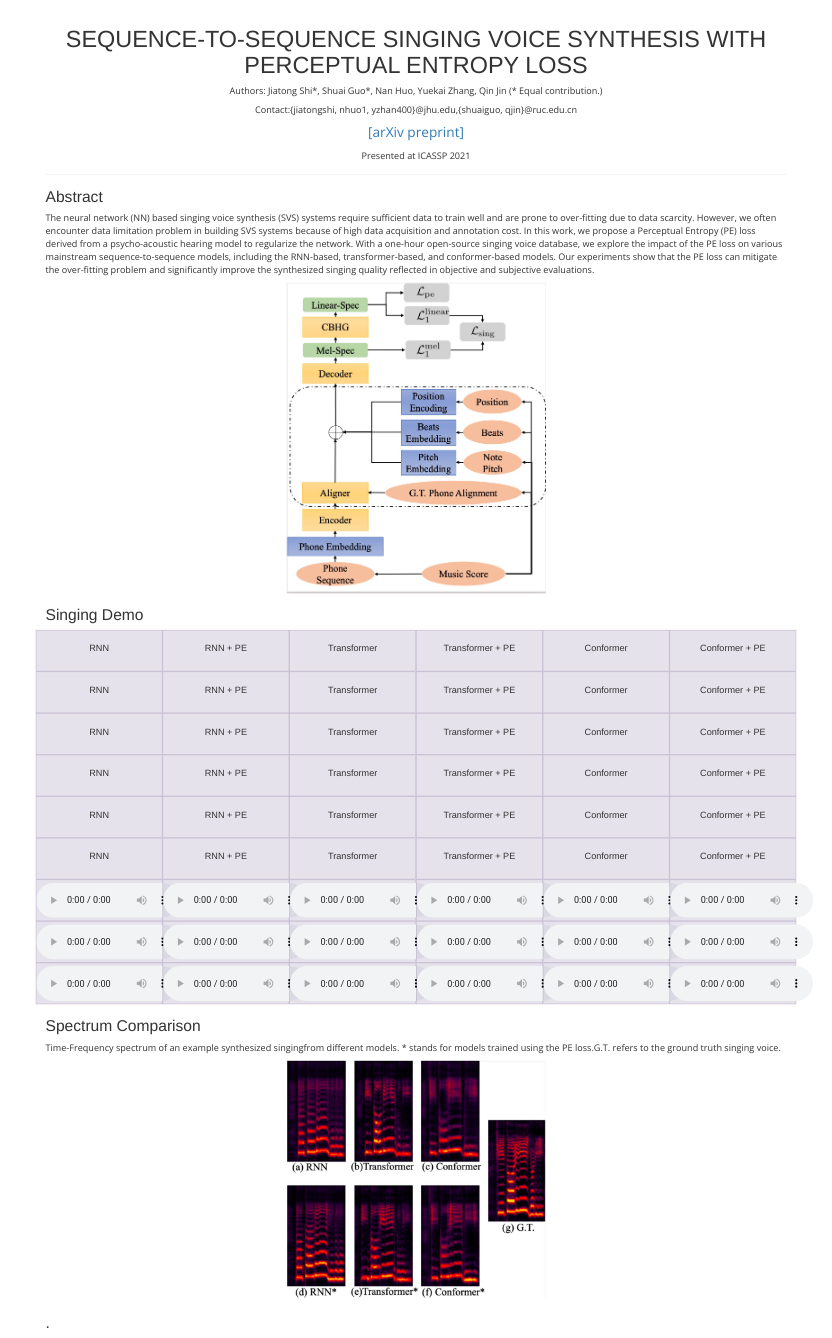
Repository: PeterGuoRuc/SVS_pe.github.io
Page: index.html
The author's editor kept a copy of each file at every save. The page is drawn from the files as they stood at one save, then again after the next save.
The browser window is 1280 px wide. The pictures show the whole page, at 65% of full size.

Above is the page before, as saved 2021-06-06 20:08:51.

After the next save:
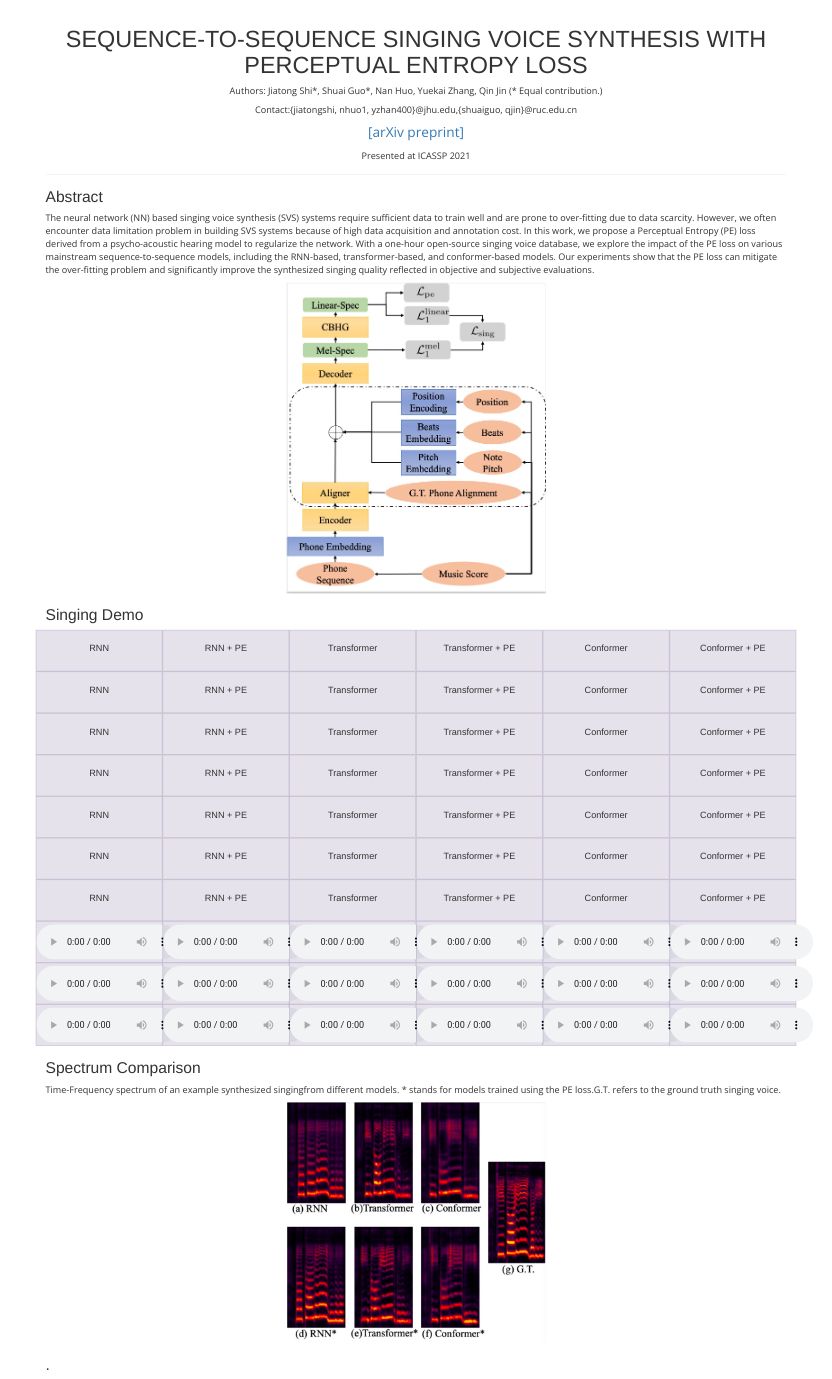
Saved 8 s later.
--- a/index.html
+++ b/index.html
@@ -113,7 +113,14 @@
         <div class="col-md-2">Conformer</div>
         <div class="col-md-2">Conformer + PE</div>
       </div>
-
+      <div class="row">
+        <div class="col-md-2">RNN</div>
+        <div class="col-md-2">RNN + PE</div>
+        <div class="col-md-2">Transformer</div>
+        <div class="col-md-2">Transformer + PE</div>
+        <div class="col-md-2">Conformer</div>
+        <div class="col-md-2">Conformer + PE</div>
+      </div>
 
       <div class="row">
         <div class="col-md-2"><audio src="files/1_Feel_4.mp3" controls></audio></div>
